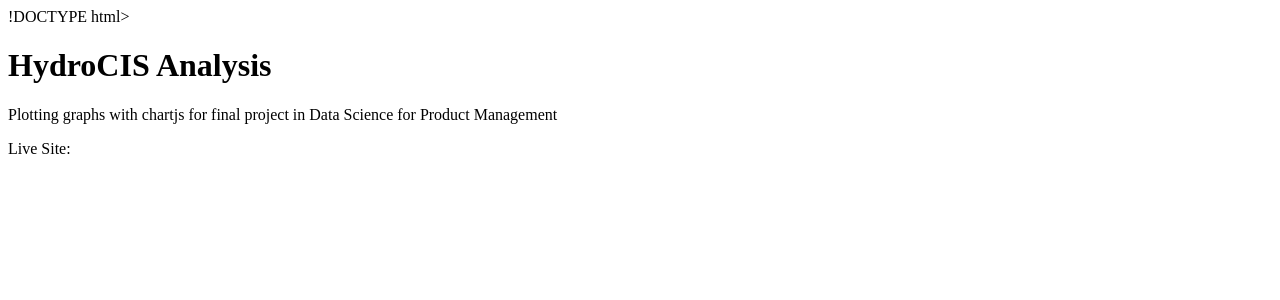
Repository: ChidiChuks/HydroCIS-Analysis
Page: README.html
These files come from the project's save history. The page is drawn as it stood at one moment and after the next save; the edit follows.
The browser window is 1280 px wide. The pictures show the whole page.

Above is the page before, as saved 2019-11-14 16:37:28.

After the next save:
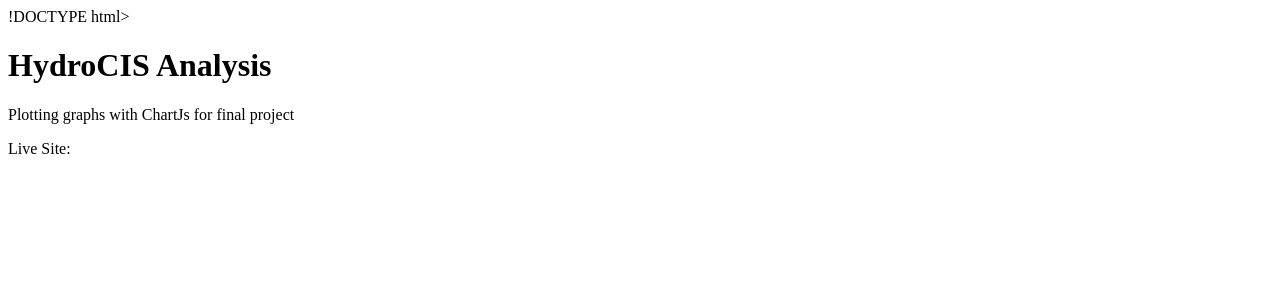
Saved 26 s later.
--- a/README.html
+++ b/README.html
@@ -7,7 +7,7 @@
 
 <h1 id="digitaldemocracy">HydroCIS Analysis</h1>
 
-<p>Plotting graphs with chartjs for final project in Data Science for Product Management</p>
+<p>Plotting graphs with ChartJs for final project</p>
 
 <p>Live Site:
 </p>
